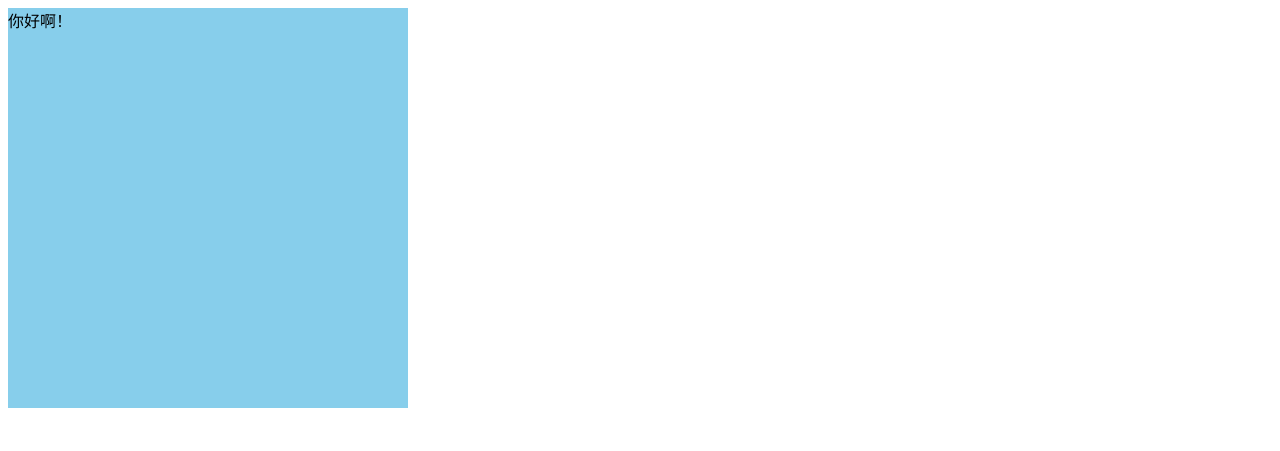
Repository: 123648923/html5-css3
Page: css/13 背景属性/背景属性.html
An editor plug-in stored every save of this project. The page is shown before and after the next save, followed by the edit.
The browser window is 1280 px wide. The pictures show the whole page.

Above is the page before, as saved 2023-11-06 16:30:31.

### css/13 背景属性/背景属性.html
<!DOCTYPE html>
<html lang="zh-CN">
<head>
    <meta charset="UTF-8">
    <title>背景属性</title>
    <style>
        div{
            width: 400px;
            height: 400px;
            background-color: skyblue;
        }
    </style>
</head>
<body>
    <div>你好啊！</div>
</body>
</html>

After the next save:
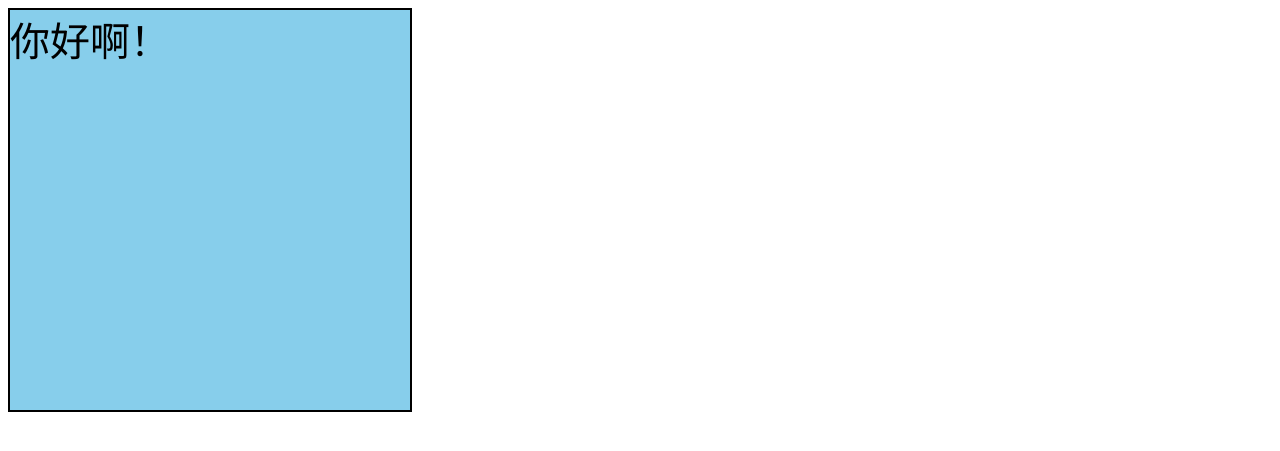
Saved 21 s later.
--- a/css/13 背景属性/背景属性.html
+++ b/css/13 背景属性/背景属性.html
@@ -7,6 +7,8 @@
         div{
             width: 400px;
             height: 400px;
+            border: 2px  black solid;
+            font-size: 40px;
             background-color: skyblue;
         }
     </style>
